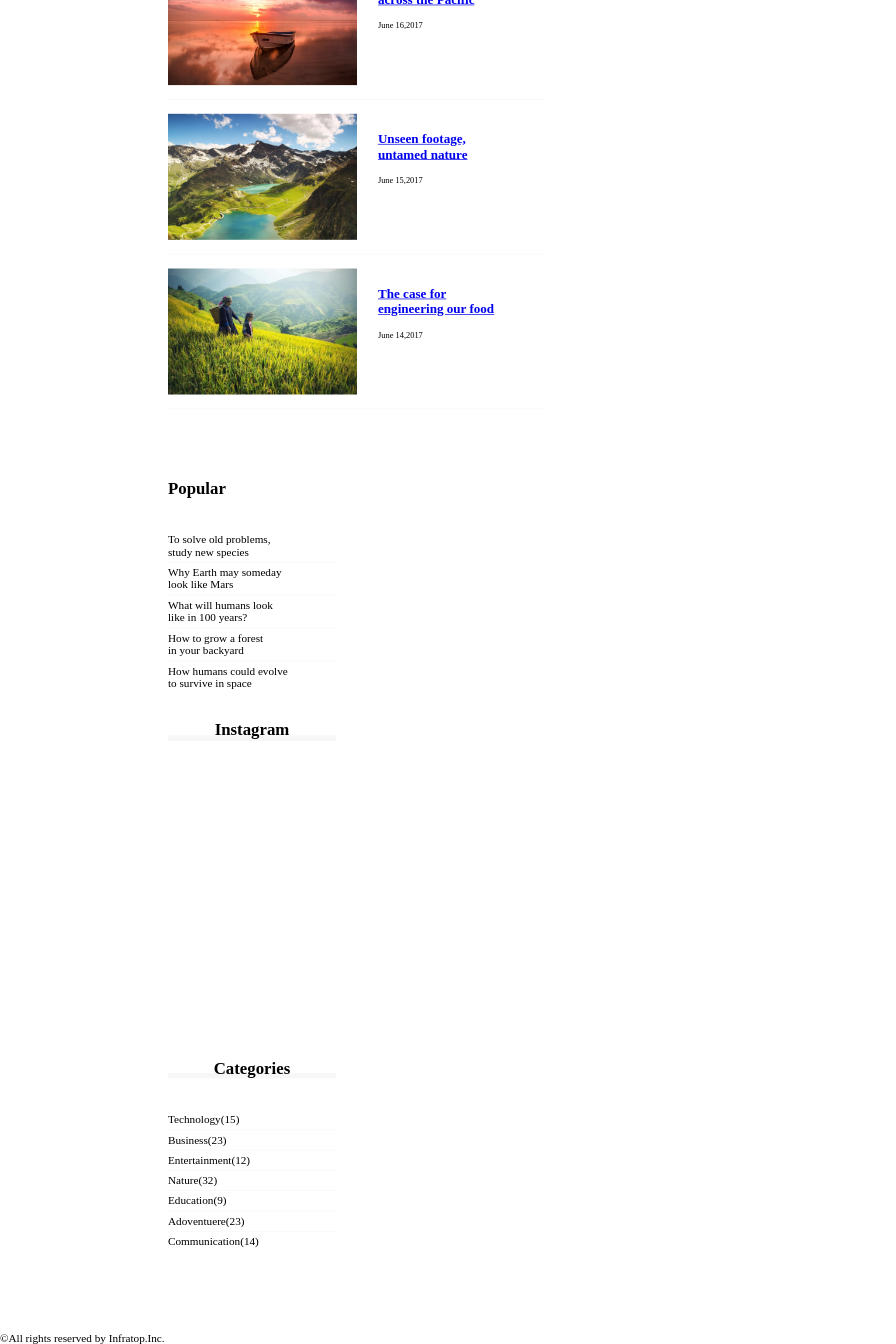
Repository: wakasugisatoi/git
Page: caravan/index2.html
The author's editor kept a record of every edit. The page is drawn from the files as they stood at one moment, then again after the next edit.
The browser window is 1280 px wide. The pictures show the part of the page from y = 1052 to 2972 px (the page is 2972 px tall before and 2211 px after), at 70% of full size.
Some web libraries are served in a nearby version.

Above is the page before.

### caravan/index2.html
<!DOCTYPE html>
<html lang="ja">
  <head>
    <meta charset="UTF-8" />
    <meta name="viewport" content="width=device-width,initial-scale=1.0">
    <!--フォントオーサムの読み込み-->
    <script src="https://kit.fontawesome.com/1a3f0d96a2.js" crossorigin="anonymous"></script>
    <!--cssファイルの読み込み-->
    <link rel="stylesheet" href="style2.css" />
    <title>CARAVAN</title>
  </head>

  <body>
    <!--ヘッダー用のdiv-->
    <!--<div class="header">-->
    <!--  <div class="header-top"></div>-->
    <!--  <div class="header-bottom"></div>-->
    <!--</div>-->
    <header>
      <h1 class="heading">
        <a href="index2.html"> CARAVAN</a>
      </h1>

      <div class="social">
        <i class="fab fa-facebook-square"></i>
        <i class="fab fa-twitter-square"></i>
        <i class="fab fa-instagram"></i>
      </div>
    </header>

    <!--navigation-->
    <nav>
      <!--箇条書きリスト-->
      <ul class="nav-list">
      <li class="nav-list-item">
        <a href="index2.thml">Home</a>
      </li>
      <li class="nav-list-item">About</li>
      <li class="nav-list-item">TOpic</li>
      </ul>
    </nav>

    <!--main-visual用のdiv-->
    <div class="main-visual">
      <!--main-visual内の枠づくり-->
      <div class="main-visual-content">
        <p class="main-visual-text">
          The world is a book<br/>
          and those who do not travel<br/>
          red only one page
        </p>
        <p class="main-visual-name">
          St. Augustine
        </p>
      </div>
    </div>

    <!--main用のdiv-->
    <div class="main">
      <div class="blog"></div>
      <div class="sidebar"></div>
    </div>
    <main>
      <section class="blog">
        <h2 class="blog-heading">Recent Blogs</h2>

        <div class="blog-box">

          <div class="blog-item">
           <img class="blog-image" src="img/img/forest.jpg">
           <section class="blog-text">
            <h3 class="blog-text-heading">
              <a href="single.html">
                Hopeful lessons from<br>
                the battle to save<br>
                rainforests
              </a>
             </h3>
            <p class="blog-date">June 19,2017</p>
            <span class="category">Nature</span>
           </section>
          </div>

          <div class="blog-item">
           <img class="blog-image" src="img/img/desert.jpg">
           <section class="blog-text">
            <h3 class="blog-text-heading">
              <a href="single.html">
                How to fight<br>
                desertification and<br>
                reverse climate chang
              </a>
            </h3>
            <p class="blog-date">June 17,2017</p>
            <span class="category">Nature</span>
           </section>
          </div>

          <div class="blog-item">
           <img class="blog-image" src="img/img/sunset.jpg">
           <section class="blog-text">
            <h3 class="blog-text-heading">
              <a href="single.html">
                Why I'm rowing<br>
                across the Pacific
              </a>
            </h3>
            <p class="blog-date">June 16,2017</p>
            <span class="category">Adventure</span>
          </section>
          </div>

          <div class="blog-item">
           <img class="blog-image" src="img/img/italy.jpg">
           <section class="blog-text">
            <h3 class="blog-text-heading">
              <a href="single.html">
                Unseen footage,<br>
                untamed nature<br>
              </a>
            </h3>
            <p class="blog-date">June 15,2017</p>
            <span class="category">Nature</span>
           </section>
          </div>


          <div class="blog-item">
           <img class="blog-image" src="img/img/asia.jpg">
           <section class="blog-text">
            <h3 class="blog-text-heading">
              <a href="single.html">
                The case for<br>
                engineering our food<br>
              </a>
             </h3>
            <p class="blog-date">June 14,2017</p>
            <span class="category">Culture</span>
           </section>
          </div>

        </div>


      <div class="pagination">
        <p><<<</p>
        <p><</p>
        <p>1</p>
        <p>2</p>
        <p>3</p>
        <p>></p>
        <p>>></p>
      </div>
     </section>

      <div class="sidebar">
       <section class="popular">
         <h2 class="popular-heading common heading">Popular</h2>
         <div class="sidebar-contents">
           <p class="popular-text">To solve old problems,<br>study new species</p>
           <p class="popular-text">Why Earth may someday<br>look like Mars</p>
           <p class="popular-text">What will humans look<br>like in 100 years?</p>
           <p class="popular-text">How to grow a forest<br>in your backyard</p>
           <p class="popular-text">How humans could evolve<br>to survive in space</p>
         </div>
       </section>

       <section class="instagram">
         <h2 class="instagram-heading common-heading">Instagram</h2>
         <div class="sidebar-contents">
           <div class="instagram-box"></div>
           <div class="instagram-box"></div>
           <div class="instagram-box"></div>
           <div class="instagram-box"></div>
           <div class="instagram-box"></div>
           <div class="instagram-box"></div>
         </div>
       </section>

       <section class="categories">
         <h2 class="categories-heading common-heading">Categories</h2>
         <div class="sidebar-contents">
           <p class="categories-text">Technology(15)</p>
           <p class="categories-text">Business(23)</p>
           <p class="categories-text">Entertainment(12)</p>
           <p class="categories-text">Nature(32)</p>
           <p class="categories-text">Education(9)</p>
           <p class="categories-text">Adoventuere(23)</p>
           <p class="categories-text">Communication(14)</p>
         </div>
       </section>
     </div>
    </main>

    <!--footer用のdiv-->
    <!--<div class="footer"></div>-->
    <footer>
      <p class="footer-text">©All rights reserved by Infratop.Inc.</p>

    </footer>

  </body>
</html>

### caravan/style2.css
*{
  margin: 0;
  padding: 0;
  box-sizing:border-box;
}

/*a{*/
  /*text-decoration: none;*/
/*}*/

/*header,nav,h2,.main-visual,footer{*/
  /*font-family: Chalkduster,"Bradley Hand",Courier,"Segoe Print",sans-serif;*/
/*}*/

/*header{*/
/*  width: 90%;*/
/*  padding: 15px 0;*/
/*  margin: 0 auto;*/
/*  text-align: center;*/
/*  position: relative;*/
  /*background-color: red;*/
/*}*/

/*.social i{*/
/*  margin-left:20px;*/
/*  display: inline-block;*/
/*}*/

/*.social{*/
/*  position: absolute;*/
/*  top: 22px;*/
/*  right: 22px;*/
/*}*/
/*header .heading{*/
/*  font-size:32px;*/
/*}*/

/*.nav-list{*/
/*  text-align: center;*/
/*  padding:10px 0;*/
/*  margin:0 auto;*/
/*}*/

/*.nav-list-item{*/
/*  list-style:none;*/
/*  display: inline-block;*/
/*  margin: 0 20px;*/
/*}*/

/*.header-top{*/
  /*width: 100%;*/
  /*height: 70px;*/
  /*background-color: hotpink;*/
/*}*/

/*.header-bottom{*/
  /*width: 100%;*/
  /*height: 50px;*/
  /*background-color: pink;*/
/*}*/

.main-visual{
  width: 100%;
  height: 300px;
  background-image: url(img/img/mv.jpg);
  background-size: cover;
  background-position: center;
  /*background-color: orange;*/
}

.main-visual-content{
  width: 40%;
  height: 300px;
  background-color: rgba(0,0,0,0.5);
  text-align: center;
  padding-top: 105px;
  /*background-color: gold;*/
}

/*.main-visual-text{*/
/*  color:#fff;*/
/*}*/

/*.main-visual-name{*/
/*  margin-top:30px;*/
/*  color:#fff;*/
/*}*/

main{
  width: 800px;
  /*flex挿入のため削除*/
  /*height: 1400px;*/
  /*background-color: green;*/
  display: block;
  justify-content:center;
  margin: 0 auto;
  padding: 70px 0;
}

.blog{
  width: 540px;
  /*height: 1400px;*/
  /*background-color: limegreen;*/
  margin-right: 30px;
}

.blog-heading{
  border-bottom: 8px solid #f7f7f7;
  text-align: center;
  line-height: 0.6;
}

.blog-box{
  padding-top: 50px;
}

.blog-item{
  padding-bottom: 20px;
  margin-bottom: 20px;
  border-bottom: 1px solid #f7f7f7;
  display: flex;
  justify-content:flax-start;
}

.blog-image{
  height:180px;
}

.blog-text{
  padding: 25px 0 0 30px;
}

.blog-text-heading{
  padding-bottom: 15px;
}

.blog-date{
  font-size:12px;
  display:inline-block;
}
.category{
  display: inline-block;
  padding: 5px 8px;
  /*background-color: #acabab;*/
  border-radius: 3px;
  color: #fff;
  font-size: 11px;
}

.pagination{
  text-align: center;
  padding-top: 50px;
}

.pagination p{
  display: inline-block;
  width: 30px;
  height: 30px;
  margin:0 5px;
  color:#fff;
  /*background-color: #acabab;*/
  border-radius: 3px;
  line-height:30px;
}

.sidebar{
  width: 240px;
  /*height: 1400px;*/
  /*background-color: palegreen;*/
}

.common-heading{
  border-bottom: 8px solid #f7f7f7;
  text-align: center;
  line-height:0.6;
}

.sidebar-contents{
  padding: 50px 0;
}

.popular-text,
.categories-text{
  padding-bottom: 5px;
  border-bottom: 1px solid #f7f7f7;
  margin-bottom: 5px;
}
.popular-text:last-child,
.categories-text:last-child{
  margin: 0;
  padding: 0;
  border:none;
}

.instagram .sidebar-contents{
  display: flex;
  flex-wrap: wrap;
}

.instagram-box{
  width: 110px;
  padding-top: 110px;
  background-size: cover;
  background-position: center;
  margin-bottom: 10px;
}
/*.instagram-box:nth-child(odd){*/
/*  margin:0 10px 10px 0;*/
/*}*/

/*.instagram-box:nth-child(1){*/
/*  background-image: url(img/img/airport.jpg);*/
/*}*/

/*.instagram-box:nth-child(2){*/
/*  background-image: url(img/img/japan.jpg);*/
/*}*/

/*.instagram-box:nth-child(3){*/
/*  background-image: url(img/img/snow.jpg);*/
/*}*/

/*.instagram-box:nth-child(4){*/
/*  background-image: url(img/img/japan2.jpg);*/
/*}*/

/*.instagram-box:nth-child(5){*/
/*  background-image: url(img/img/lake.jpg);*/
/*}*/

/*.instagram-box:nth-child(6){*/
/*  background-image: url(img/img/road.jpg);*/
/*}*/

/*footer{*/
/*  width: 100%;*/
/*  height: 120px;*/
/*  text-align: center;*/
/*  line-height: 120px;*/
  /*background-color: #848282;*/
/*}*/

/*.footer-text{*/
/*  color: #fff;*/
/*}*/

/*すべての画面サイズで適用される*/
/*.social i{*/
  /*color:black;*/
/*}*/
 /*タブレット横置きサイズ*/
 /*@media screen and (max-width:1024px){*/
   /*.social i{*/
     /*color: green;*/
   /*}*/
 /*}*/

 /*タブレット縦置きサイズ*/
 /*@media screen and (max-width:768px){*/
   /*.social i{*/
     /*color: red;*/
   /*}*/
 /*}*/

 /*スマホサイズ*/
/*@media screen and (max-width:425px){*/
/*  header{*/
/*    width: 100%;*/
/*  }*/

/*  .social{*/
/*    display: none;*/
/*  }*/

/*  .nav-list{*/
/*    width: 100%;*/
/*  }*/

/*  .nav-list-item{*/
/*    width: 100%;*/
/*    margin:0 0 10px 0;*/
/*  }*/



/*  .main-visual-content{*/
/*    width: 100%;*/
/*  }*/

/*  .main{*/
/*    width: 100%;*/
/*    display: black;*/
/*  }*/

/*  .blog{*/
/*    width: 100%;*/
/*    margin: 0;*/
/*  }*/

/*  .blog-box{*/
/*    padding-left: 2%;*/
/*    padding-right: 2%;*/
/*  }*/

/*  .blog-image{*/
/*    width: 49%;*/
/*  }*/

/*  .blog-text {*/
/*    width: 49%;*/
/*    padding-top: 5px;*/
/*  }*/

/*  .sidebar{*/
/*    width: 100%;*/
/*  }*/

/*  .sidebar-contents{*/
/*    padding-left: 3%;*/
/*    padding-right: 3%;*/
/*  }*/
/*  .instagram-box{*/
/*    width: 48%;*/
/*    padding-top: 48%;*/
/*  }*/

/*  .instagram-box:nth-child(odd){*/
/*    margin-right: 4%;*/
/*  }*/


/*  .pagination{*/
/*    width: 50%;*/
/*  }*/
/*}*/

After the next edit:
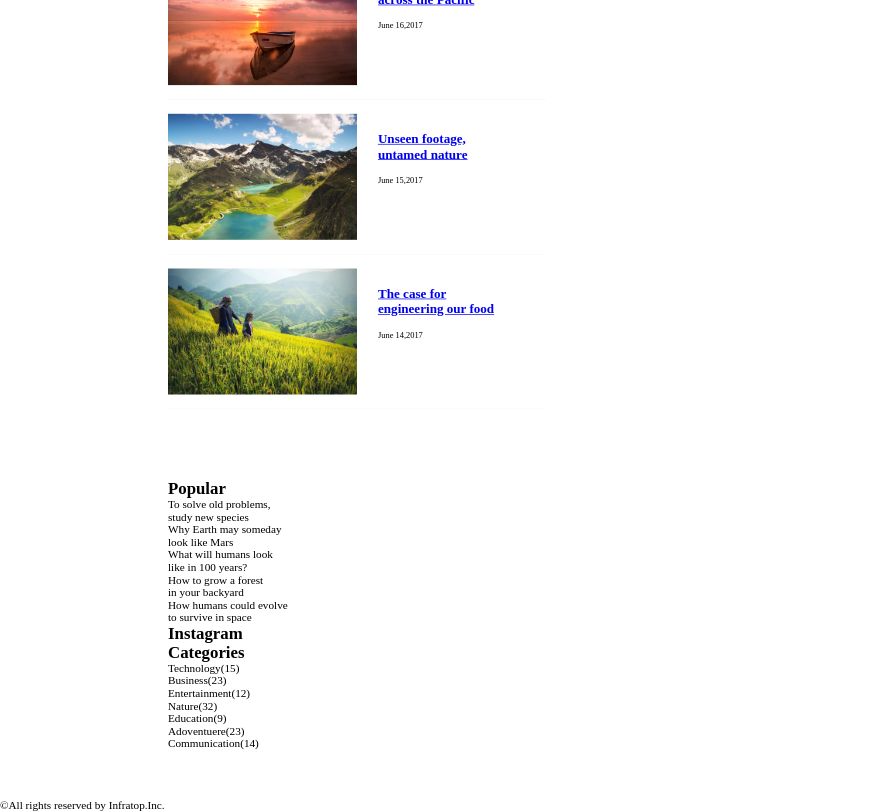
The edit:
--- a/caravan/style2.css
+++ b/caravan/style2.css
@@ -169,41 +169,41 @@
   /*background-color: palegreen;*/
 }
 
-.common-heading{
-  border-bottom: 8px solid #f7f7f7;
-  text-align: center;
-  line-height:0.6;
-}
-
-.sidebar-contents{
-  padding: 50px 0;
-}
-
-.popular-text,
-.categories-text{
-  padding-bottom: 5px;
-  border-bottom: 1px solid #f7f7f7;
-  margin-bottom: 5px;
-}
-.popular-text:last-child,
-.categories-text:last-child{
-  margin: 0;
-  padding: 0;
-  border:none;
-}
-
-.instagram .sidebar-contents{
-  display: flex;
-  flex-wrap: wrap;
-}
-
-.instagram-box{
-  width: 110px;
-  padding-top: 110px;
-  background-size: cover;
-  background-position: center;
-  margin-bottom: 10px;
-}
+/*.common-heading{*/
+/*  border-bottom: 8px solid #f7f7f7;*/
+/*  text-align: center;*/
+/*  line-height:0.6;*/
+/*}*/
+
+/*.sidebar-contents{*/
+/*  padding: 50px 0;*/
+/*}*/
+
+/*.popular-text,*/
+/*.categories-text{*/
+/*  padding-bottom: 5px;*/
+/*  border-bottom: 1px solid #f7f7f7;*/
+/*  margin-bottom: 5px;*/
+/*}*/
+/*.popular-text:last-child,*/
+/*.categories-text:last-child{*/
+/*  margin: 0;*/
+/*  padding: 0;*/
+/*  border:none;*/
+/*}*/
+
+/*.instagram .sidebar-contents{*/
+/*  display: flex;*/
+/*  flex-wrap: wrap;*/
+/*}*/
+
+/*.instagram-box{*/
+/*  width: 110px;*/
+/*  padding-top: 110px;*/
+/*  background-size: cover;*/
+/*  background-position: center;*/
+/*  margin-bottom: 10px;*/
+/*}*/
 /*.instagram-box:nth-child(odd){*/
 /*  margin:0 10px 10px 0;*/
 /*}*/
